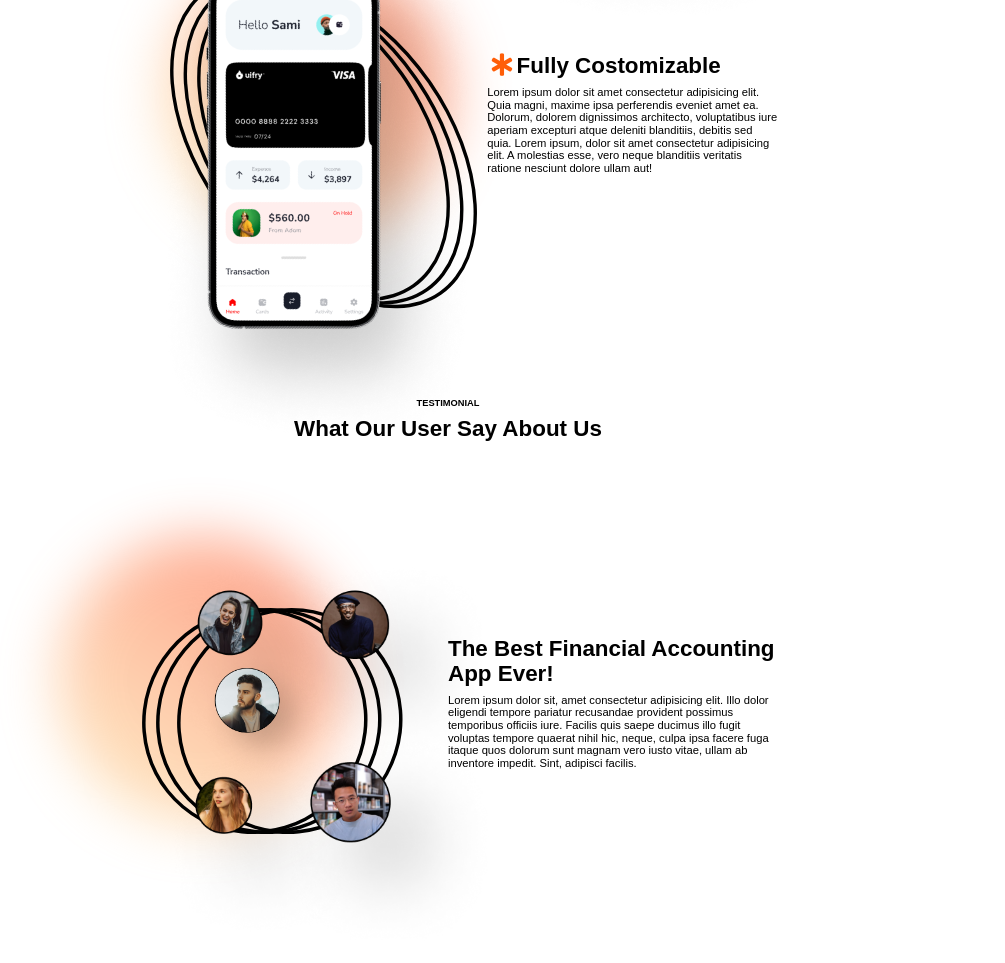
Repository: sakshambansal7/Uifry
Page: index.html
The author's editor kept a copy of each file at every save. The page is drawn from the files as they stood at one save, then again after the next save.
The browser window is 1280 px wide. The page is 1435 px wide, so the pictures cover 1435 px, including what lies to the right of the window. The pictures show the part of the page from y = 2058 to 3778 px (the page is 3434 px tall before and 3778 px after), at 70% of full size.
Some web libraries are served in a nearby version.

Above is the page before, as saved 2024-06-12 22:18:49.

### index.html
<!DOCTYPE html>
<html lang="en">
  <head>
    <meta charset="UTF-8" />
    <meta name="viewport" content="width=device-width, initial-scale=1.0" />
    <title>uifry.com</title>
    <link rel="stylesheet" href="style.css" />
    <link rel="stylesheet" href="https://cdnjs.cloudflare.com/ajax/libs/font-awesome/6.1.1/css/all.min.css">

  </head>
  <body>
    <nav class="navbar">
      <div>
        <img class="logo" src="./images/logo.png" alt="img" />
      </div>
      <div class="nav">
        <div><a href="#" class="nav__link active">Home </a></div>
        <div><a href="#" class="nav__link">About Us</a></div>
        <div><a href="#" class="nav__link">Pricing</a></div>
        <div><a href="#" class="nav__link">features</a></div>
      </div>
      <div class="download">
        <button class="button">Download</button>
      </div>
    </nav>
    <div class="part1 ">
      <div class="left">
        <div class="bg-shape1"></div>
        <h1>Make The Best Financial Decisions</h1>
        <div class="bg-shape1 position-1"></div> <!-- Duplicate for top and bottom -->
        <p>Lorem ipsum dolor sit amet consectetur, adipisicing elit. Fuga dolorem esse natus repellat modi, mollitia voluptates est.</p>
        <div class="cta-buttons">
          <button class="get-started-btn">Get Started <i class="fa-solid fa-arrow-right"></i></button>
          <button class="watch-video-btn"> <i class="fa-solid fa-circle-play"></i>Watch Video</button>
        </div>
      </div>

      <div class="right">
        <div class="bg-shape2"></div>
        <div class="elipse-common elipse"></div>
        <div class="elipse-common elipse1"></div>
        <div class="elipse-common elipse2"></div>

        <img class="image1" src="./images/iphone.png" alt="Mobile App Mockup" />
        <img class="image2" src="./images/igraph.png" alt="Mobile App Mockup" />
        <img class="image3" src="./images/iphone.png" alt="Mobile App Mockup" />
      </div>

    </div>
    <div class="part2">
      <div class="left">
        <div class="bg-shape2"></div>
        <div class="elipse-common elipse3"></div>
        <div class="elipse-common elipse4"></div>
        <div class="elipse-common elipse5"></div>

        <img class="image1" src="./images/iphone.png" alt="Mobile App Mockup" />

      </div>
      <div class="right">
        <h4>FEATURES</h4>
        <H1>Uifry Premium</H1>
        <h3><i class="fa-regular fa-star custom-color"></i> Budgeting intervals</h3>
        <p>Lorem ipsum dolor sit amet consectetur, adipisicing elit. Fuga dolorem esse natus repellat modi, mollitia voluptates est.</p>
        <h3> <i class="fa-solid fa-gear custom-color"></i> Budgeting intervals</h3>
        <p>Lorem ipsum dolor sit amet consectetur, adipisicing elit. Fuga dolorem esse natus repellat modi, mollitia voluptates est.</p>
        <h3><i class="fa-solid fa-star-of-life custom-color"></i>Budgeting intervals</h3>
        <p>Lorem ipsum dolor sit amet consectetur, adipisicing elit. Fuga dolorem esse natus repellat modi, mollitia voluptates est.</p>

      </div>
    </div>
    <div class="part3">
      <div class="left">
        <h4>ADVANTAGES</h4>
        <H1> Why Choose Uifry ?</H1>
        <h3><i class="fa-solid fa-bell custom-color"></i>Clever notificAations</h3>
        <p>Lorem ipsum dolor sit amet consectetur, adipisicing elit. Fuga dolorem esse natus repellat modi, mollitia voluptates est. Lorem ipsum dolor sit amet consectetur adipisicing elit. Perspiciatis expedita accusantium obcaecati dicta debitis optio quibusdam animi assumenda sit commodi?</p>

      </div>
      <div class="right">
        <div class="bg-shape2"></div>
        <div class="elipse-common elipse3"></div>
        <div class="elipse-common elipse4"></div>
        <div class="elipse-common elipse5"></div>
        <img src="./images/igraph.png" alt="img">
      </div>
    </div>
    <div class="part4">
      <div class="left">
        <div class="bg-shape2"></div>
        <div class="elipse-common elipse3"></div>
        <div class="elipse-common elipse4"></div>
        <div class="elipse-common elipse5"></div>
        <img src="./images/iphone.png" alt="img">
      </div>
      <div class="right">
        <h1><i class="fa-solid fa-star-of-life custom-color "></i>Fully Costomizable</h1>
        <p>Lorem ipsum dolor sit amet consectetur adipisicing elit. Quia magni, maxime ipsa perferendis eveniet amet ea. Dolorum, dolorem dignissimos architecto, voluptatibus iure aperiam excepturi atque deleniti blanditiis, debitis sed quia. Lorem ipsum, dolor sit amet consectetur adipisicing elit. A molestias esse, vero neque blanditiis veritatis ratione nesciunt dolore ullam aut!</p>
      </div>
    </div>
    <div class="parent-container">
      <h5>TESTIMONIAL</h5>
      <h1>What Our User Say About Us</h1>
  </div>

    <div class="part5">
      <div class="left">
        <div class="bg-shape2"></div>
        <div class="elipse-common elipse6"></div>
        <div class="elipse-common elipse7"></div>
        <div class="elipse-common elipse8"></div>
        <div class="images"></div>
        <div class="img1 "><img src="./images/1.png" alt="img"></div>
        <div class="img2 "><img src="./images/2.png" alt="img"></div>
        <div class="img3 "><img src="./images/3.png" alt="img"></div>
        <div class="img4 "><img src="./images/4.png" alt="img"></div>
        <div class="main "><img src="./images/main.png" alt="img"></div>

      </div>
      <div class="right">
        <h1>The Best Financial Accounting App Ever!</h1>
        <p>Lorem ipsum dolor sit, amet consectetur adipisicing elit. Illo dolor eligendi tempore pariatur recusandae provident possimus temporibus officiis iure. Facilis quis saepe ducimus illo fugit voluptas tempore quaerat nihil hic, neque, culpa ipsa facere fuga itaque quos dolorum sunt magnam vero iusto vitae, ullam ab inventore impedit. Sint, adipisci facilis.</p>
        <!-- <div class="img1 img"><img src="./images/1.png" alt="img"></div>
        <div class="img2 "><img src="./images/2.png" alt="img"></div>
        <div class="img3 "><img src="./images/3.png" alt="img"></div>
        <div class="img4 "><img src="./images/4.png" alt="img"></div>
        <div class="main "><img src="./images/main.png" alt="img"></div> -->

      </div>
    </div>
  </body>
  <script src="script.js"></script>
</html>

### style.css

*{
    margin: 0px;
    padding: 5px;

}
body {
  margin-left: 20vh;
  margin-right: 20vh;
  font-family: Arial, sans-serif;
  background: #fff;
  color: #000000;
  justify-content: center;
  box-sizing: border-box;
}

  /* navbar */
.logo {
  width: 120px;
}


.navbar{
  display: flex;
  justify-content: flex-start;

}
.nav{
  padding-top: 10px;
  display: flex;
  justify-content: center;

}
nav  {
  display: inline;
}

nav a {
  text-decoration: none;
  color: #333;
  font-weight: bold;
}


.button {
  width: 160px;
  height: 40px;
  border-radius: 3px;
  background-color: #000000;
  color: #fff;
  padding: 10px 20px;
  cursor: pointer;
  border: none;
  font-weight: bold;
  margin-left: 40vh;
}
.download{

  padding-top: 10px;
}


.nav__link {
    display: block;
    padding: .3125rem 1.5rem;
    text-transform: uppercase;
  }

  .nav__link.active  {

    color: #FF5E08;
  }

  /* part-1 */

  .part1 {
    height: 85vh;
    display: inline-flex;
        justify-content: space-between;
        top: 50px !important;
        inset: 0;


    padding: 60px 40px;
}

/* .absolute{
  position: absolute;
  inset: 0;
  justify-content: center;
  display: inline-flex;
  flex-direction: row;
} */
.left {
  max-width: 50%;
}

.part1 h1 {
  font-size: 3em;
  margin: 0 0 20px;
}

.part1 p {
  font-size: 1.2em;
  margin: 0 0 40px;
}

.cta-buttons {
  display: flex;
  gap: 20px;
}

.get-started-btn,
.watch-video-btn {
  background: #000;
  color: #fff;
  padding: 15px 30px;
  border: none;
  cursor: pointer;
  font-size: 1em;
  font-weight: bold;
}

.watch-video-btn {
  color: #000000;

  background: transparent;
}

.right {
  max-width: 50%;
  position: relative; /* Add position relative to use as a reference for absolute positioning */
}

.right .image1{

  position: absolute;
  z-index: 3;
  width: 100%;
  padding-left: 0px;



}
.right .image2 {
  position: absolute;
  padding-top: 50px;
  padding-left: 100px;


  z-index: 2;
  max-width: 100%;
}
.right .image3 {


  padding-top: 100px;
  padding-left: 200px;
  z-index: 1;
  max-width: 100%;
}
/* background-effect */


.justify-center{
  justify-content: center;
}

/* background-effect */
.left {
  max-width: 50%;
  position: relative; /* Add this line */
}

.bg-shape1 {
  width: 400px;
  height: 400px;
  border-radius: 9999px;
  position: absolute; /* Change to absolute for proper positioning */
  top: 0px; /* Positioning adjustments */
  left: 50%; /* Positioning adjustments */
  transform: translateX(-50%); /* Center the shape horizontally */
  z-index: -1; /* Ensure it's behind the text */
  background: linear-gradient(35deg,  #FDE598,#ff3508); /* Dual color gradient */
  opacity: 0.5; /* Adjust as necessary */
  filter: blur(40px);

}

.bg-shape2 {
  width: 400px;
  height: 400px;
  border-radius: 9999px;
  position: absolute; /* Change to absolute for proper positioning */
  top: 50px; /* Positioning adjustments */
  left: 50%; /* Positioning adjustments */
  transform: translateX(-50%); /* Center the shape horizontally */
  z-index: -1; /* Ensure it's behind the text */
  background: linear-gradient(35deg,  #FDE598,#ff3508); /* Dual color gradient */
  opacity: 0.5; /* Adjust as necessary */
  filter: blur(40px);

}

  /* circular shape */

  .elipse-common {

    background: none;
    border-radius: 50%;
    -ms-transform: rotate(40deg);  /* IE 9 */
    -webkit-transform: rotate(40deg);  /* Safari */
    transform: rotate(40deg);
    position: absolute;
    top: 150px;
    border: 5px solid black;
    z-index: -1; /* Ensure it's behind the text */
}

.elipse {
  width: 700px;
  height: 305px;
    left: 45px;

}

.elipse1 {
  width: 700px;
  height: 305px;
    left: 25px;
}

.elipse2 {
  width: 700px;
  height: 305px;
    left: 5px;
}
.elipse3 {
  width: 500px;
  height: 305px;
    left: 45px;

}

.elipse4 {
  width: 500px;
  height: 305px;
    left: 25px;
}

.elipse5 {
  width: 500px;
  height: 305px;
    left: 5px;
}


.part2{
  display: flex;
  height: 85vh;
}

  .part2 .left .image1{
    transform: rotate(15deg);
  }

  .part2 .right{
    margin-top: 20vh;

  }
  .part2 .right h3 h1{
    font-weight: 900; /* 400 is normal, 700 is bold */
  }
  .part2 .right h4{
    color: #FF5E08;
  }
  .custom-color {
    color: #FF5E08;
}

.part3{
  display: flex;
  align-items: center;
  justify-content: center;
  height: 80vh;



}
.part3 .left h4{
  color: #FF5E08;

}
.part3 .left p{
 font-weight: 100;

}
.part3 .right img{
  transform: rotate(15deg);

}


.part4{
  gap: 5vh;
  display: flex;
  align-items: center;
  justify-content: center;
  height: 80vh;

}


.part4  .left{
  transform: rotate(15deg);


}
.part4 .right{
  padding-bottom: 30vh;
}



.elipse6 {
  width: 300px;
  height: 305px;
    left: 65px;



}

.elipse7 {
  width: 300px;
  height: 305px;
    left: 45px;
}

.elipse8 {
  width: 300px;
  height: 305px;
    left: 95px;
}

.parent-container {
  text-align: center;
}

.part5{
  margin-top: 10vh;
  display: flex;
  gap: 30vh;
  position: relative;


}


.part5  img {
  position: relative;
  top: 50px;
  left: 50px;
}
.part5  .img1{
  position: absolute;
  top: 1vh;
  left: .1h;
  z-index: 4;



}
.part5  .img2{
  position: absolute;
  top: 1vh;
  left: 25vh;
  z-index: 5;

}
.part5  .img3{
  position: absolute;
  top: 38vh;
  left: .1vh;
  z-index: 3;


}
.part5  .img4{
  position: absolute;
  top: 35vh;
  left: 23vh;
  z-index: 2;


}
.part5 .main {
  position: relative;
  top: 19vh;
  left: 8vh;
  z-index: 1;

}

/* Adjust the size of the image within the .main div */
.part5 .main img {
  width: 80%; /* Decrease the width to 50% of its original size */
  height: auto; /* Maintain aspect ratio */
}


.part5 .right{
  margin-top:25vh ;
}

### script.js
document.addEventListener('DOMContentLoaded', function() {
    const selector = '.nav__link';
    const elems = Array.from( document.querySelectorAll( selector ) );
    const navigation = document.querySelector( 'nav' );

    function makeActive( evt ) {
      const target = evt.target;

      if ( !target || !target.matches( selector ) ) {
        return;
      }

      elems.forEach( elem => elem.classList.remove( 'active' ) );

        evt.target.classList.add( 'active' );
    };

    navigation.addEventListener( 'mousedown', makeActive );

    } );

After the next save:
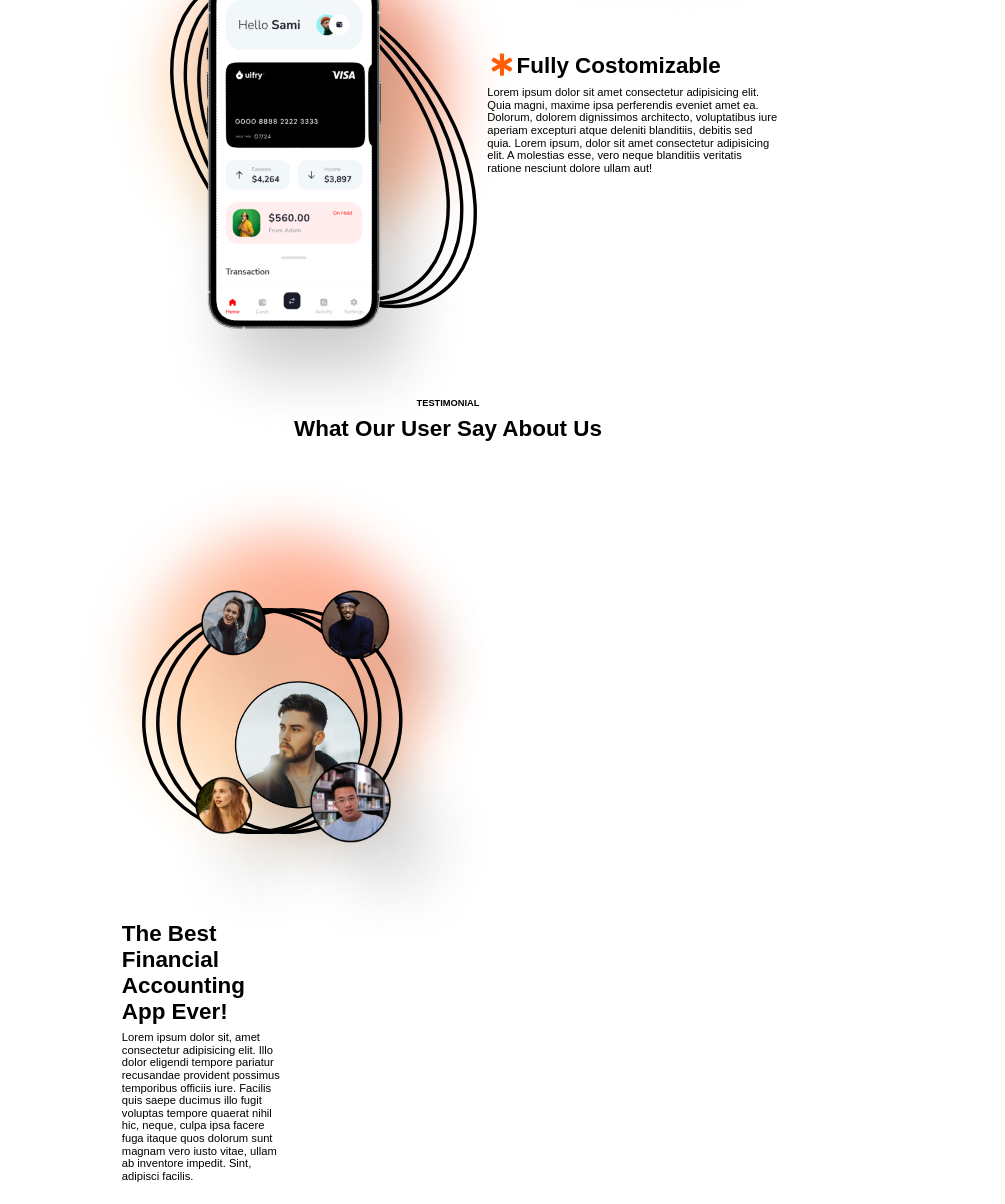
Saved 10 s later.
--- a/index.html
+++ b/index.html
@@ -109,7 +109,7 @@
         <div class="elipse-common elipse6"></div>
         <div class="elipse-common elipse7"></div>
         <div class="elipse-common elipse8"></div>
-        <div class="images"></div>
+        <div class="images">
         <div class="img1 "><img src="./images/1.png" alt="img"></div>
         <div class="img2 "><img src="./images/2.png" alt="img"></div>
         <div class="img3 "><img src="./images/3.png" alt="img"></div>

After the save that followed:
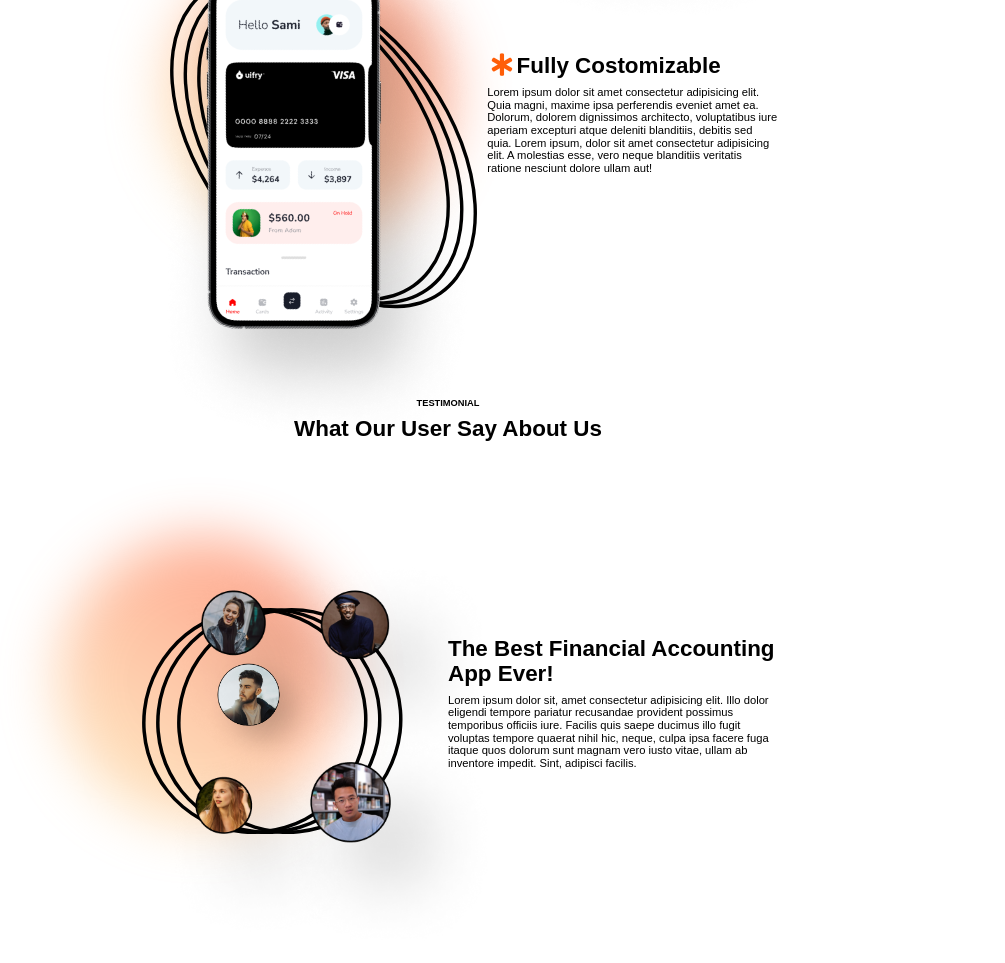
Saved 5 s later.
--- a/index.html
+++ b/index.html
@@ -115,6 +115,7 @@
         <div class="img3 "><img src="./images/3.png" alt="img"></div>
         <div class="img4 "><img src="./images/4.png" alt="img"></div>
         <div class="main "><img src="./images/main.png" alt="img"></div>
+      </div>
 
       </div>
       <div class="right">
